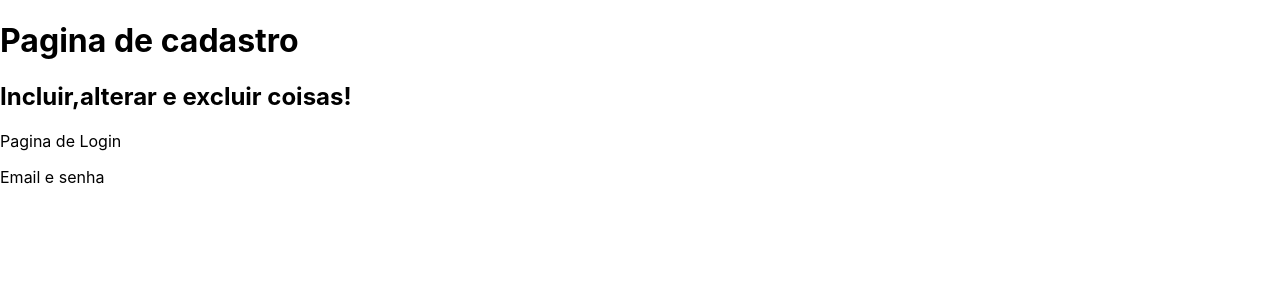
Repository: Mira757/capacitacao-React-Next.js-basico
Page: /basicos/usandoTitulo
The author's editor kept a copy of each file at every save. The page is drawn from the files as they stood at one save, then again after the next save.
The browser window is 1280 px wide. The pictures show the whole page.
The project was rebuilt for these pictures with package versions that can differ from the ones it lists, and the page was loaded fresh each time. The framework's server and built-in components were replaced by stand-ins that run in the browser. Also part of the build but not shown: next.config.js.

Above is the page before, as saved 2022-03-09 21:03:45.

### pages/basicos/usandoTitulo.jsx
import Titulo from '../../componentes/Titulo'

export default function usandoTitulo () {
  return (
    <div>
      <Titulo
        principal="Pagina de cadastro"
        secundario="Incluir,alterar e excluir coisas!"
      />
       <Titulo
        principal="Pagina de Login"
        secundario="Email e senha"
        pequeno
      />
    </div>
  )
}

### componentes/Titulo.jsx
export default function Titulo(props) {
  if(props.pequeno) {
    return (
      <>
      <p>{props.principal}</p>
      <p>{props.secundario}</p>
      </>
    )
  } else {
    return (
      <>
      <h1>{props.principal}</h1>
      <h2>{props.secundario}</h2>
      </>
    )
  }

  /*
    return props.pequeno ? (
      <>
      <p>{props.principal}</p>
      <p>{props.secundario}</p>
      </>
    ) : (
      <>
      <h1>{props.principal}</h1>
      <h2>{props.secundario}</h2>
      </>
    )
  }*/

}

Loaded but not shown: pages/_app.js (common file); styles/globals.css (common file)

After the next save:
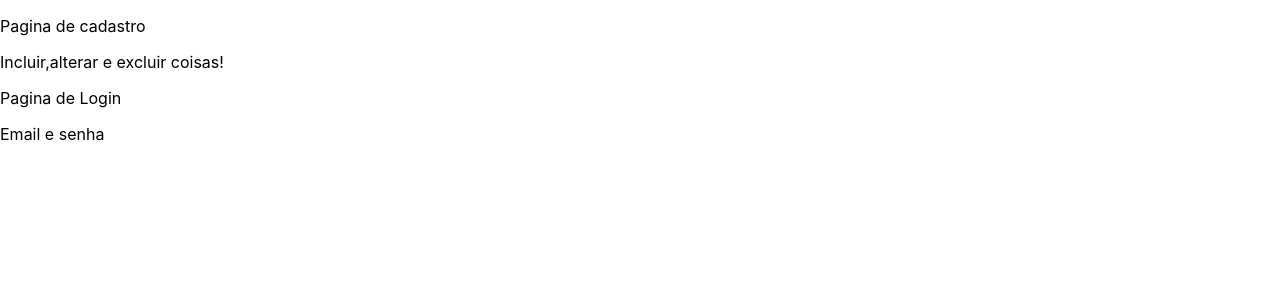
Saved 24 s later.
--- a/pages/basicos/usandoTitulo.jsx
+++ b/pages/basicos/usandoTitulo.jsx
@@ -6,11 +6,12 @@ export default function usandoTitulo () {
       <Titulo
         principal="Pagina de cadastro"
         secundario="Incluir,alterar e excluir coisas!"
+        pequeno = {true}
       />
        <Titulo
         principal="Pagina de Login"
         secundario="Email e senha"
-        pequeno
+        pequeno // por padrao e falso, mas quando coloca e true
       />
     </div>
   )
